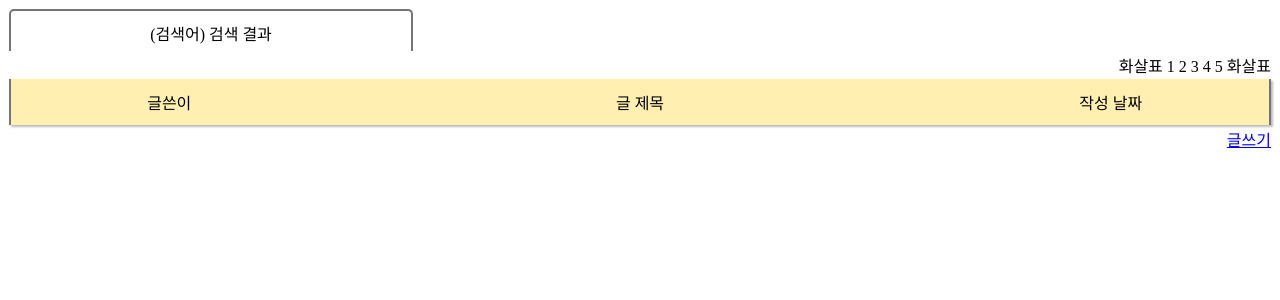
Repository: GOHO97/Haheeho
Page: http://localhost/Haheeho_Adblock/WEB-INF/views/board/board.jsp
These files come from the project's save history. The page is drawn as it stood at one moment and after the next save; the edit follows.
The browser window is 1280 px wide. The pictures show the whole page.
The page is served by Tomcat 9. Nobody is signed in. The template is opened directly, without the code that normally fills it, so the values that code supplies are empty.

Above is the page before, as saved 2022-11-01 03:14:23.

After the next save:
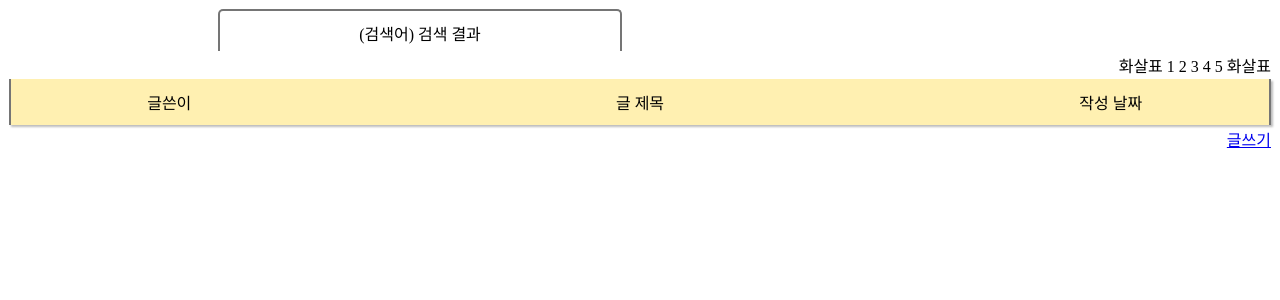
Saved 5 min 7 s later.
--- a/Haheeho_Adblock/src/main/webapp/WEB-INF/views/board/board.jsp
+++ b/Haheeho_Adblock/src/main/webapp/WEB-INF/views/board/board.jsp
@@ -10,7 +10,7 @@
 <body>
 	<table id="boardMainTable">
 		<tr>
-			<td align="left">
+			<td align="center">
 				<div id="boardSearchResultDiv">
 					(검색어) 검색 결과
 				</div>

After the save that followed:
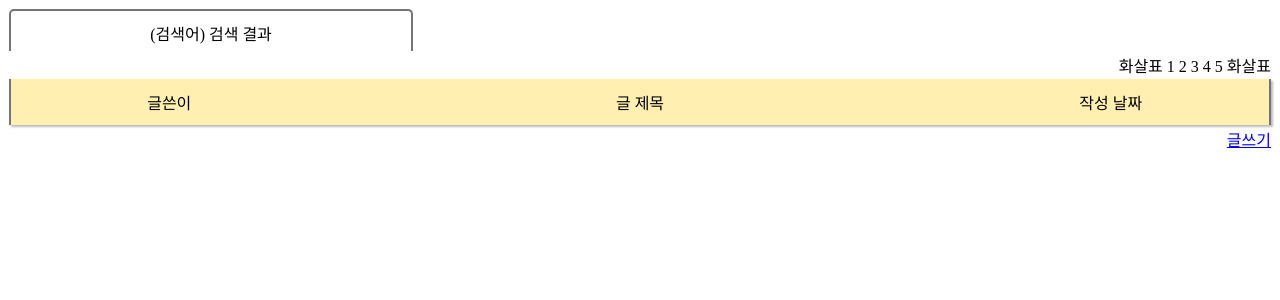
Saved 16 s later.
--- a/Haheeho_Adblock/src/main/webapp/WEB-INF/views/board/board.jsp
+++ b/Haheeho_Adblock/src/main/webapp/WEB-INF/views/board/board.jsp
@@ -10,7 +10,7 @@
 <body>
 	<table id="boardMainTable">
 		<tr>
-			<td align="center">
+			<td align="left">
 				<div id="boardSearchResultDiv">
 					(검색어) 검색 결과
 				</div>
